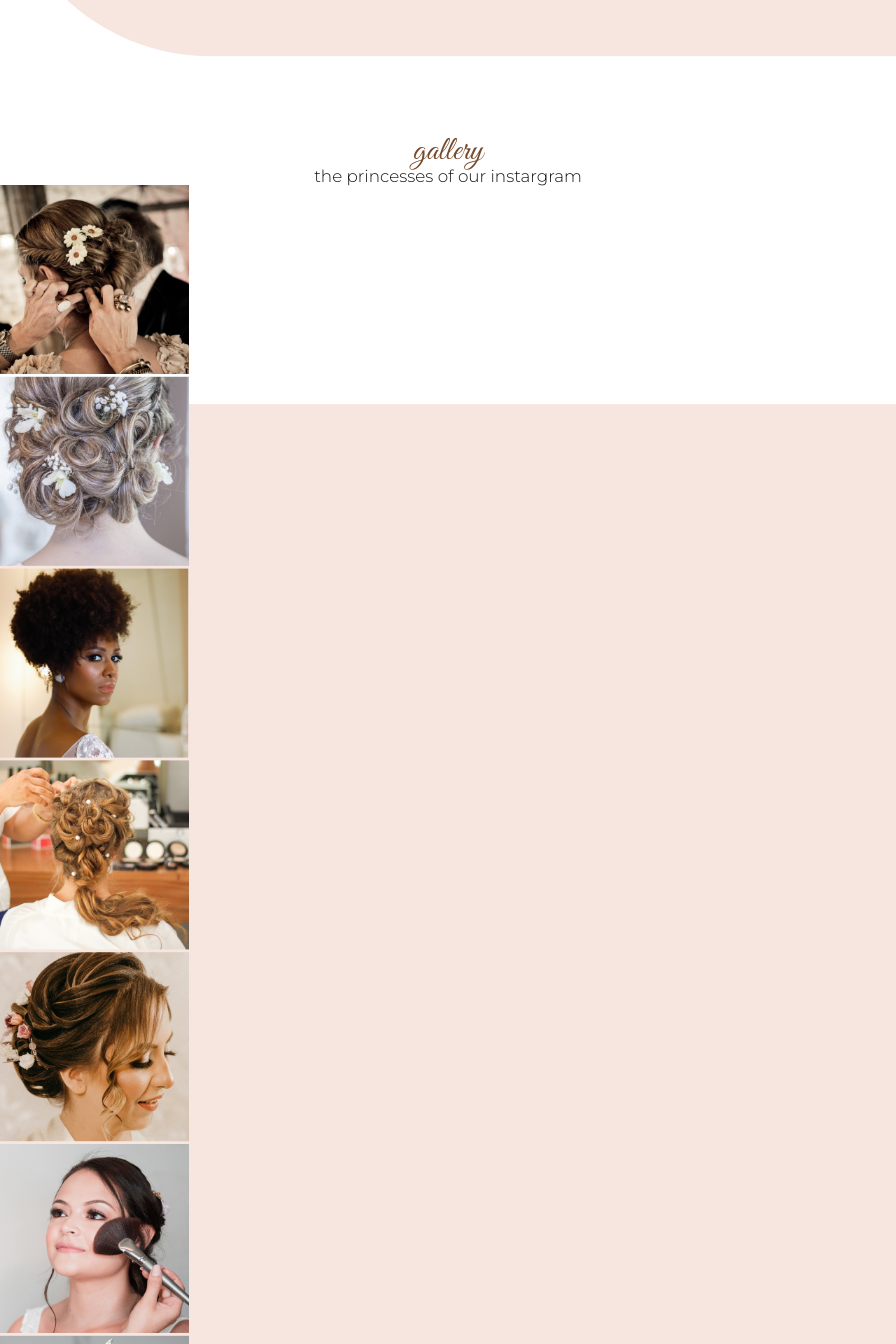
Repository: TuanHuflit2k1/clone-web01
Page: index.html
These files come from the project's save history. The page is drawn as it stood at one moment and after a run of saves; the edit follows.
The browser window is 1280 px wide. The pictures show the part of the page from y = 2855 to 4775 px (the page is 5424 px tall before and 3780 px after), at 70% of full size.
Some web libraries are served in a nearby version.

Above is the page before, as saved 2022-04-28 12:47:09.

After the next 5 saves:
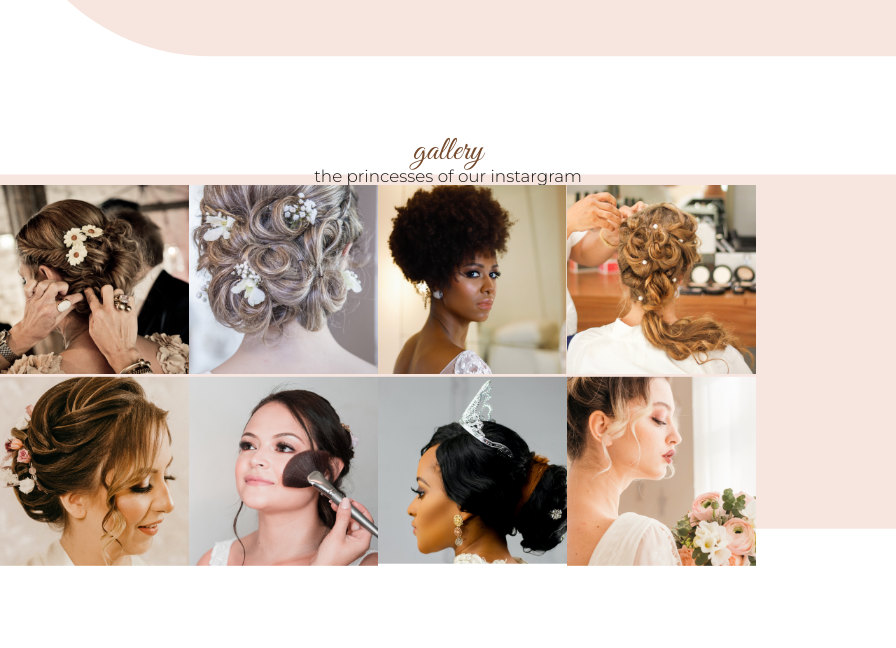
The 5 saves are shown as one change because they came seconds apart.
The last was saved 13 s later.
--- a/style.css
+++ b/style.css
@@ -425,8 +425,10 @@ body {
   z-index: -1;
 }
 .gallery-list-img {
-    width: 100%;
-    max-
+  width: 100%;
+  max-width: 1200px;
+  display: flex;
+  flex-wrap: wrap;
 }
 @media (max-width: 920px) {
   .nav-menu {
